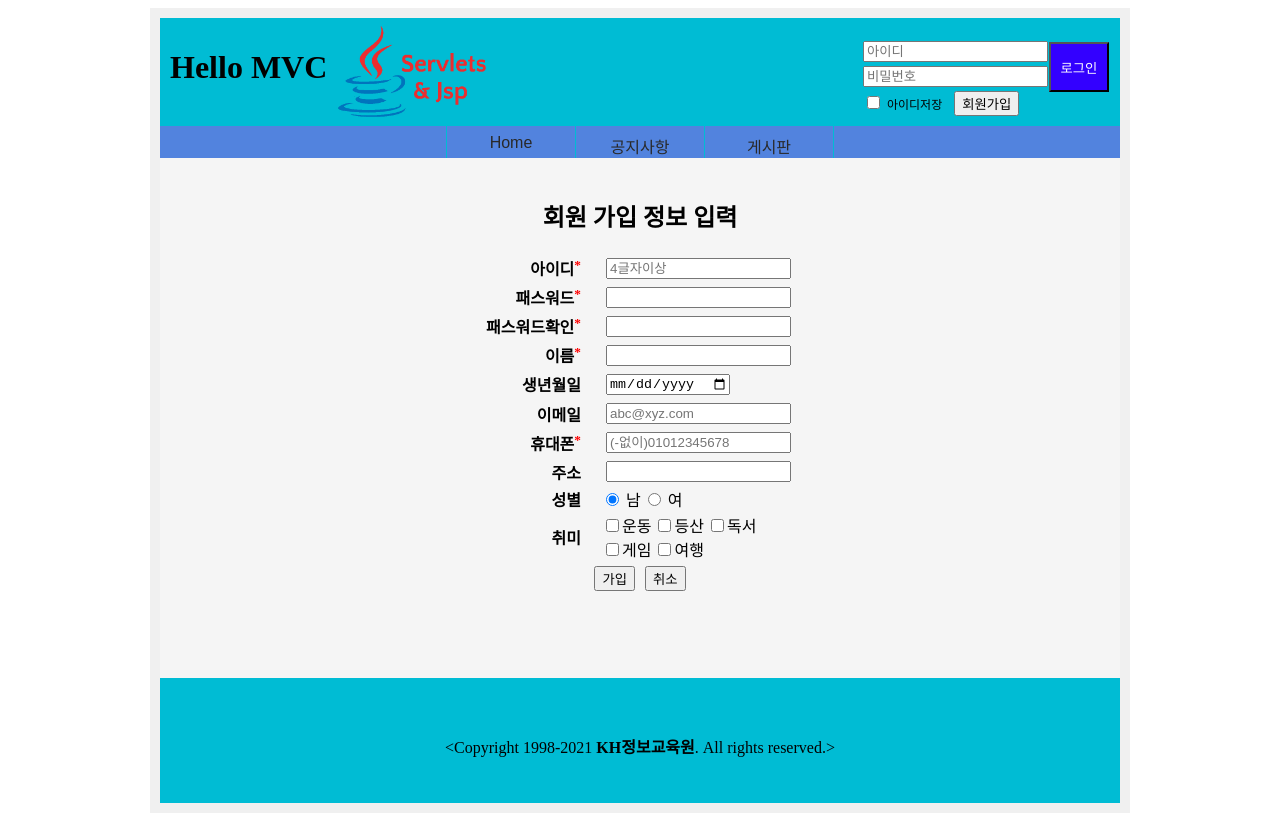
Repository: jsungl/WEBSERVER-WORKSPACE
Page: http://localhost/02_hellomvc/member/memberEnroll
These files come from the project's save history. The page is drawn as it stood at one moment and after the next save; the edit follows.
The browser window is 1280 px wide. The pictures show the whole page.
The page is served by Tomcat 9.

Above is the page before, as saved 2021-03-29 07:02:44.

After the next save:
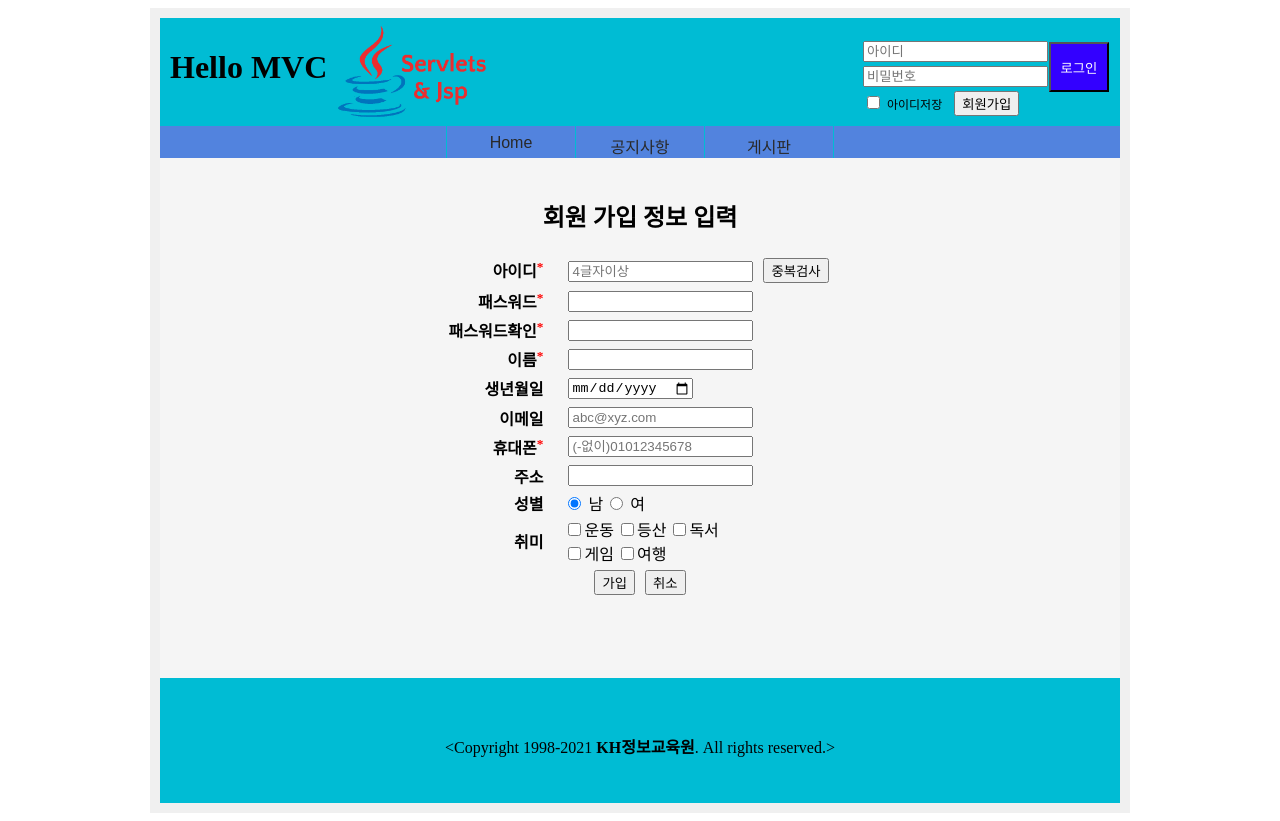
Saved 4 min 54 s later.
--- a/02_hellomvc/WebContent/WEB-INF/views/member/memberEnroll.jsp
+++ b/02_hellomvc/WebContent/WEB-INF/views/member/memberEnroll.jsp
@@ -11,6 +11,9 @@
 				<th>아이디<sup>*</sup></th>
 				<td>
 					<input type="text" placeholder="4글자이상" name="memberId" id="memberId_" required>
+					<input type="button" value="중복검사" onclick="checkIdDuplicate();"/>
+					<input type="hidden" id="idValid" value="0" />
+					<%-- #idValid가 1이면 사용가능한 아이디이고 중복검사함, 0이면 중복검사전. --%>
 				</td>
 			</tr>
 			<tr>
